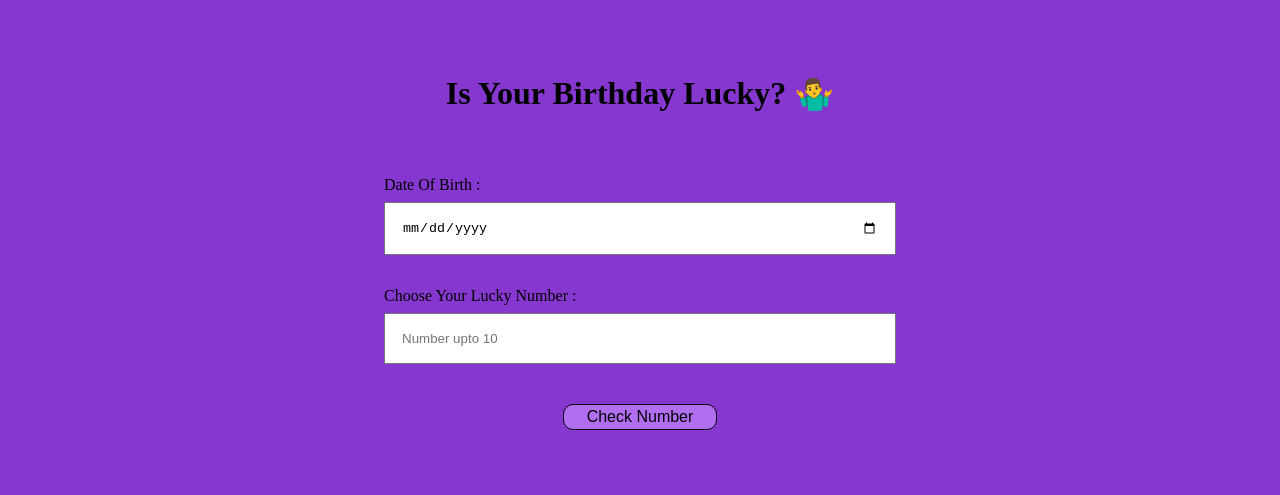
Repository: patelamancode/Lucky-Birthday-App
Page: index.html
The author's editor kept a copy of each file at every save. The page is drawn from the files as they stood at one save, then again after the next save.
The browser window is 1280 px wide. The pictures show the whole page.

Above is the page before, as saved 2022-11-23 15:57:05.

### index.html
<!DOCTYPE html>
<html lang="en">

<head>
    <meta charset="UTF-8">
    <meta http-equiv="X-UA-Compatible" content="IE=edge">
    <meta name="viewport" content="width=device-width, initial-scale=1.0">
    <link rel="stylesheet" href="index.css">
    <title>Is your birthday lucky</title>
</head>

<body>
    <div id="main-container">
        <h1 class="app-title">Is Your Birthday Lucky? 🤷‍♂️</h1>
        <label for="date-of-birth" class="dob">Date Of Birth :</label>
        <input type="date" id="selected-dob">
        <label for="lucky-number" class="favourite-number">Choose Your Lucky Number :</label>
        <input type="number" class="user-number" placeholder="Number upto 10">
        <button id="check-btn">Check Number</button>
    </div>
    <div id="graphic-container">
        <h3 id="result-heading">Hey your result is here 🎁 :</h3>
        <p id="final-result"></p>
        <button id="back-btn">♻️BACK</button>
    </div>
    <script src="index.js"></script>
</body>

</html>

### index.css
* {
  margin: 0;
  padding: 0;
}
body {
  background-color: rgb(134, 55, 207);
}

#main-container {
  display: flex;
  flex-direction: column;
  width: 40vw;
  margin: auto;
  margin-top: 2rem;
  padding: 10px;
  text-align: center;
}

.app-title {
  margin: 2rem 0;
}
label {
  width: auto;
  text-align: left;
  margin-top: 2rem;
  margin-bottom: 0.5rem;
}
input{
   padding: 1rem;
}
button {
  margin: auto;
  margin-top: 2.5rem;
  width: 30%;
  padding: 3px;
  font-size: 1rem;
  font-weight: 500;
  border: 1px solid;
  background-color: rgb(177, 110, 240);
  border-radius: 10px;
}

/* change in display to flex from none */
#graphic-container {
  display: none;
  flex-direction: column;
  width: 40vw;
  height: 50vh;
  margin: auto;
  margin-top: 2rem;
  padding: 10px;
  text-align: center;
  background-color: rgb(93, 221, 221);
  position: relative;
}
#result-heading {
  font-style: italic;
  margin-top: 2rem;
}

#final-result {
  margin: 2rem;
  color: green;
  font-family: fantasy, papyrus;
}

#back-btn {
  position: absolute;
  bottom: 2rem;
  left: 5.5rem;
  background-color: rgb(199, 185, 185);
}

### index.js
const checkButton = document.querySelector('#check-btn');
const appContent = document.querySelector('#main-container');
const userBirthDate = document.querySelector('#selected-dob');
const luckyNumber = document.querySelector('.user-number');
const graphicDisplay = document.querySelector('#graphic-container');
const backButton = document.querySelector('#back-btn');
const result = document.querySelector('#final-result');


function showResult() {
    hideContent();
    graphicDisplay.style.display = "flex";
};

function hideContent() {
    appContent.style.display = "none";
};

function specialDateIs() {
    let value = userBirthDate.value.split("-");
    var sum = 0;
    for (let i = 0; i < value.length; i++) {
        sum += parseInt(value[i]);
    }
    console.log(sum);
    if (sum % luckyNumber.value == 0) {
        result.innerText = "you have a special birthdate 🎇🤗🎉";
    } else result.innerText = "Opps your birthdate is normal☹️";

};

checkButton.addEventListener('click', function () {
    specialDateIs();
    showResult();
    console.log(value);
});

backButton.addEventListener('click', function () {
    appContent.style.display = "flex";
    graphicDisplay.style.display = "none"
    window.location.reload();
});

After the next save:
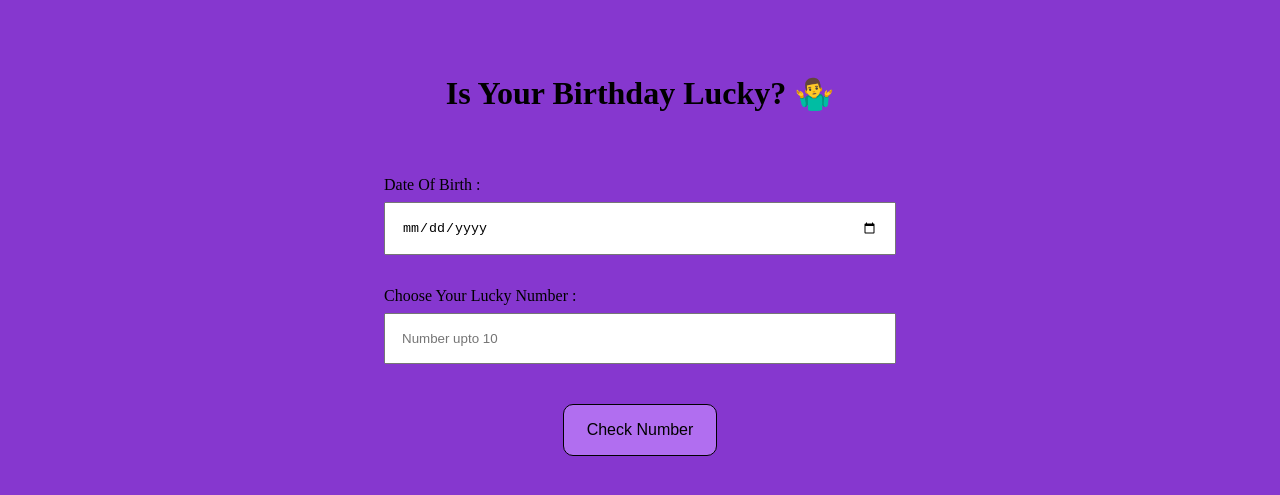
Saved 42 s later.
--- a/index.css
+++ b/index.css
@@ -32,7 +32,7 @@ button {
   margin: auto;
   margin-top: 2.5rem;
   width: 30%;
-  padding: 3px;
+  padding: 1rem;
   font-size: 1rem;
   font-weight: 500;
   border: 1px solid;
